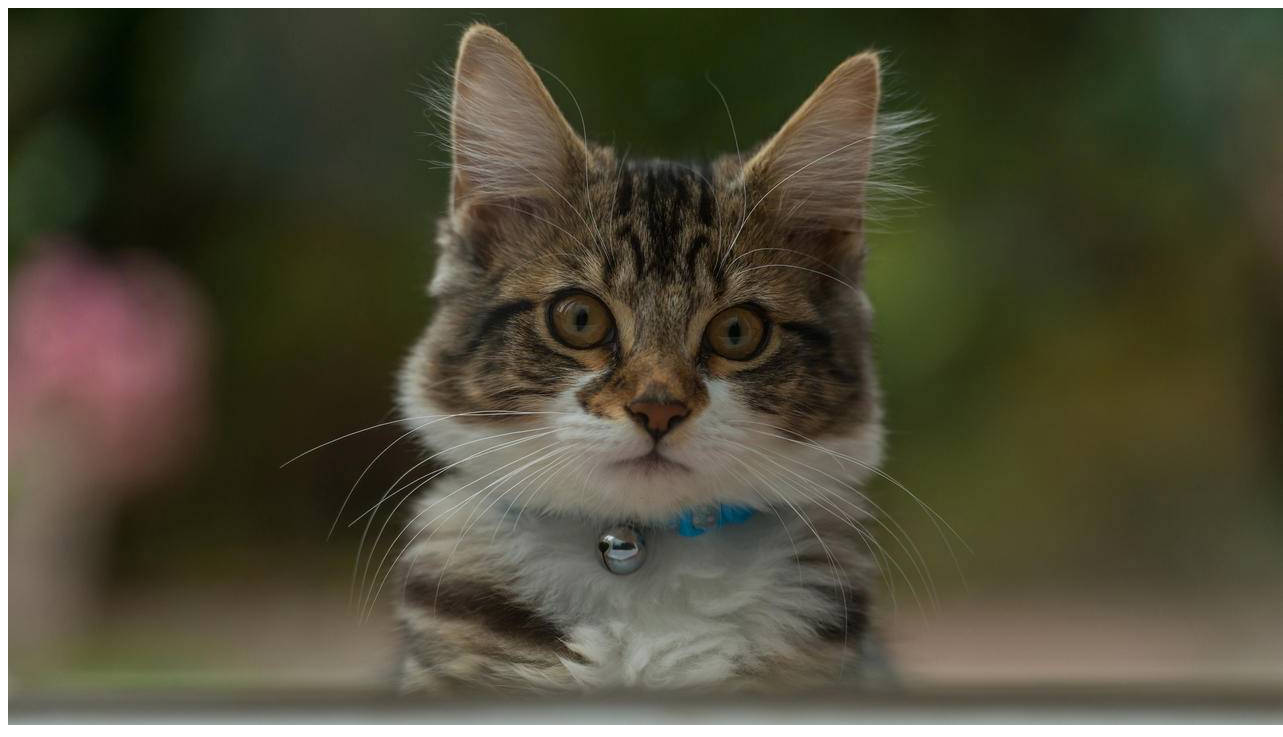
Repository: ls02/VSCode
Page: Java/2022/7-21-1/Test2.html
The author's editor kept a copy of each file at every save. The page is drawn from the files as they stood at one save, then again after the next save.
The browser window is 1280 px wide. The page is 1283 px wide, then 1280 px, then 1283 px, so the pictures cover 1283 px, including what lies to the right of the window. The pictures show the whole page.

Above is the page before, as saved 2022-07-21 16:23:48.

After the next save:
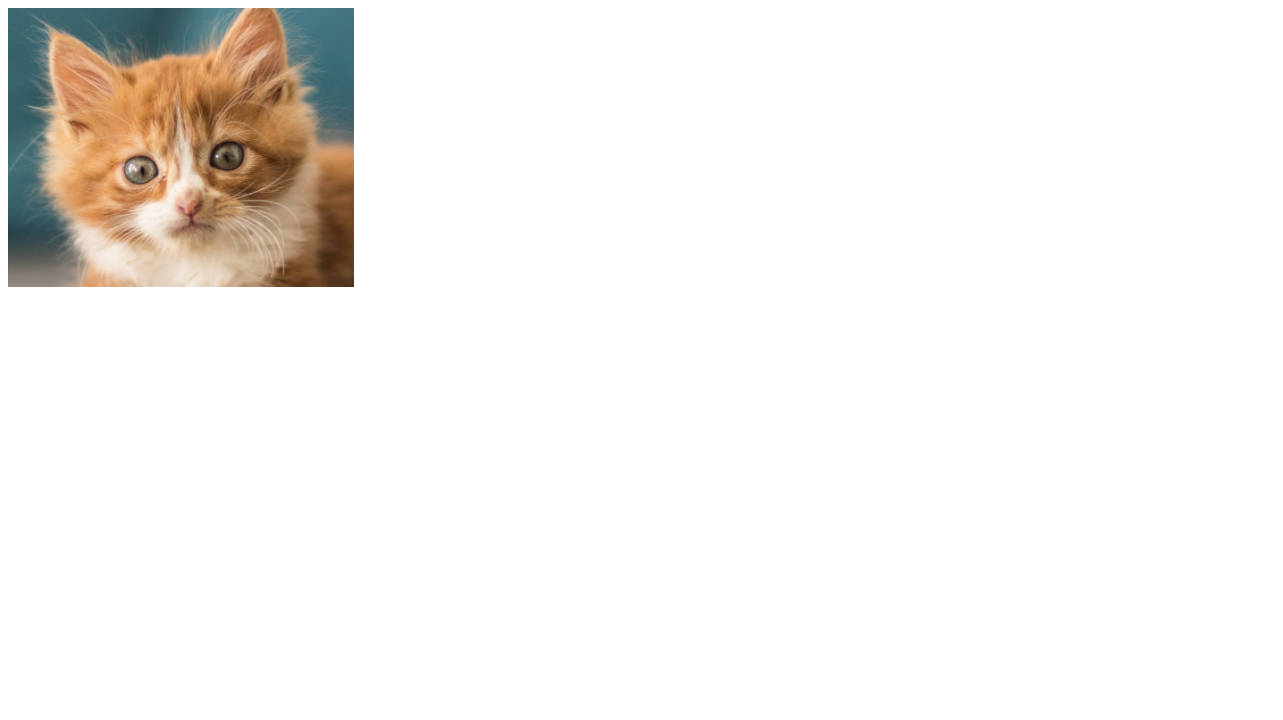
Saved 15 min 48 s later.
--- a/Java/2022/7-21-1/Test2.html
+++ b/Java/2022/7-21-1/Test2.html
@@ -2,7 +2,7 @@
  * @Author: ls02 <2877455773@qq.com>
  * @Date: 2022-07-21 16:18:17
  * @LastEditors: ls02 <2877455773@qq.com>
- * @LastEditTime: 2022-07-21 16:23:48
+ * @LastEditTime: 2022-07-21 16:39:36
  * @FilePath: \Java\2022\7-21-1\Test2.html
  * @Description:
  *
@@ -21,8 +21,12 @@
 
     <script>
         let img = document.querySelector('img');
-        console.log(img);
-        console.dir(img);
+        // console.log(img);
+        // console.dir(img);
+        if (img.alt == '这是小猫'){
+            img.src = 'image/cat1.jpg';
+        }
+
     </script>
 </body>
 </html>

After the 3 saves that followed:
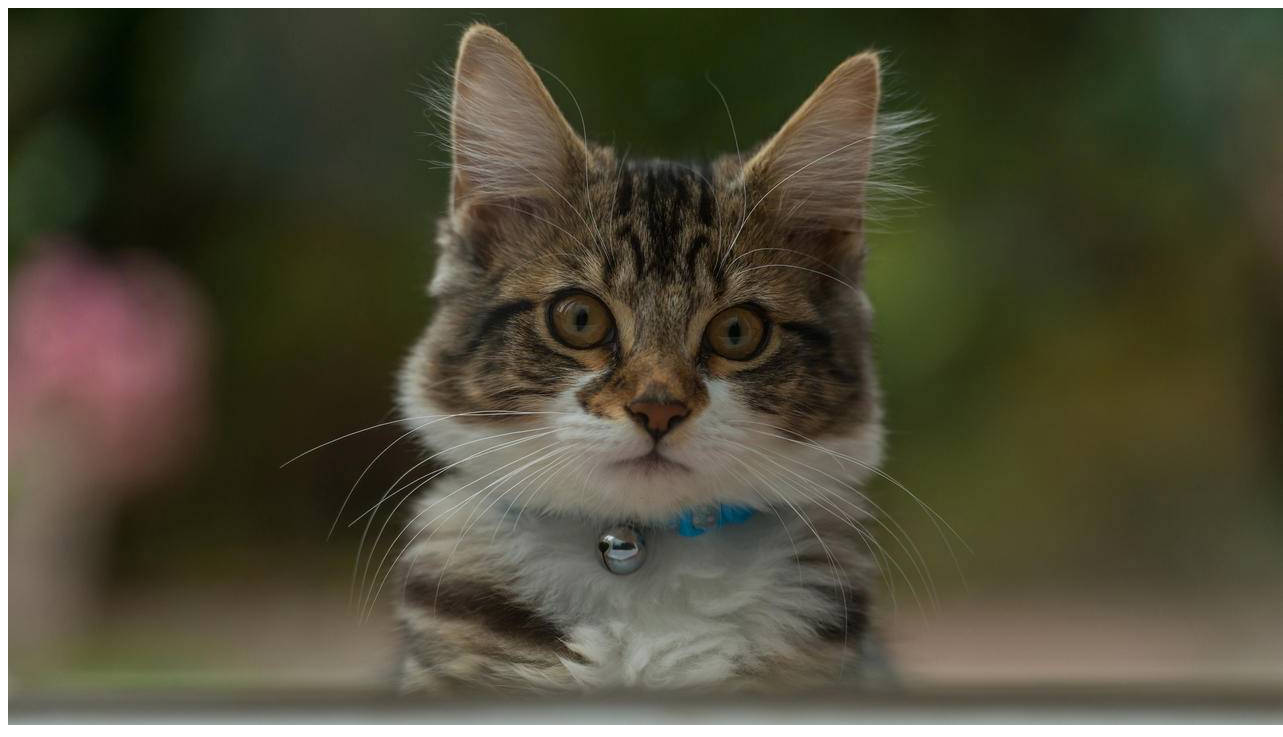
The 3 saves are shown as one change because 2 left the picture as it was.
The last was saved 2 min 8 s later.
--- a/Java/2022/7-21-1/Test2.html
+++ b/Java/2022/7-21-1/Test2.html
@@ -2,7 +2,7 @@
  * @Author: ls02 <2877455773@qq.com>
  * @Date: 2022-07-21 16:18:17
  * @LastEditors: ls02 <2877455773@qq.com>
- * @LastEditTime: 2022-07-21 16:39:36
+ * @LastEditTime: 2022-07-21 16:41:05
  * @FilePath: \Java\2022\7-21-1\Test2.html
  * @Description:
  *
@@ -23,9 +23,18 @@
         let img = document.querySelector('img');
         // console.log(img);
         // console.dir(img);
-        if (img.alt == '这是小猫'){
+        img.onclick = function() {
+            if (img.alt == '这是小猫'){
             img.src = 'image/cat1.jpg';
+            img.alt = '这是母猫';
+            img.title = '这是母猫';
+            } else{
+                img.src = 'image/cat.jpg';
+                img.alt = '这是小猫';
+                img.title = '这是小猫';
+            }
         }
+
 
     </script>
 </body>
